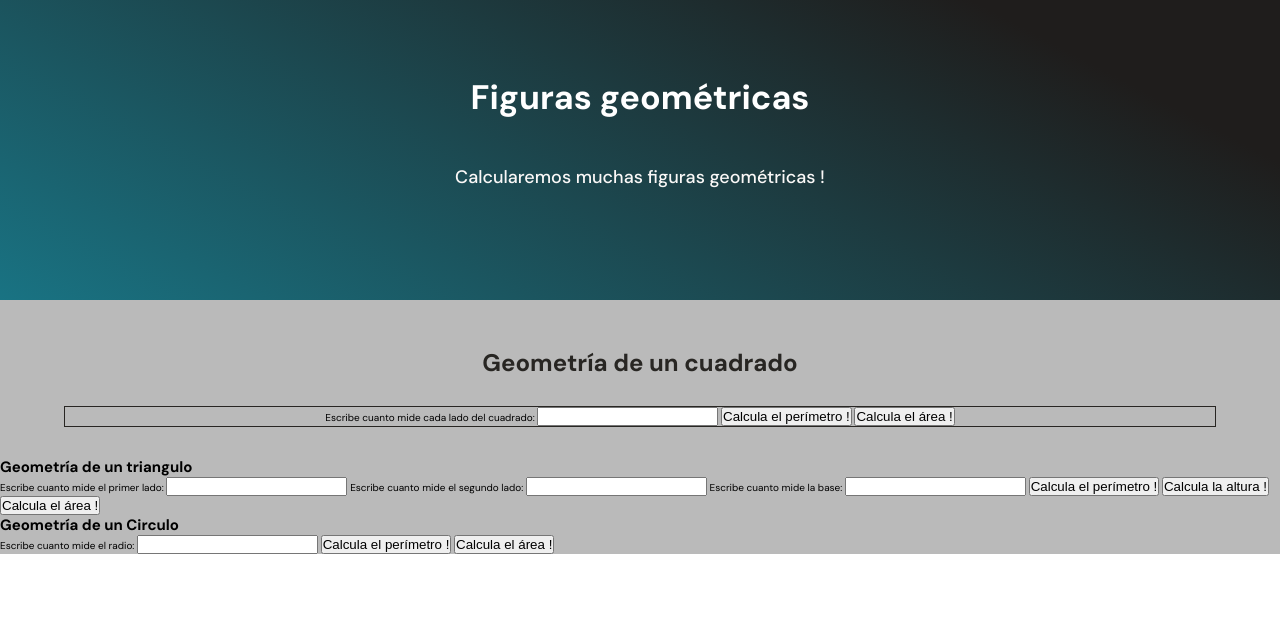
Repository: ChristianGecchelin/javascript-project
Page: javascript-project/figuras-geometricas/figuras.html
These files come from the project's save history. The page is drawn as it stood at one moment and after the next save; the edit follows.
The browser window is 1280 px wide. The pictures show the whole page.

Above is the page before, as saved 2021-12-01 22:49:54.

After the next save:
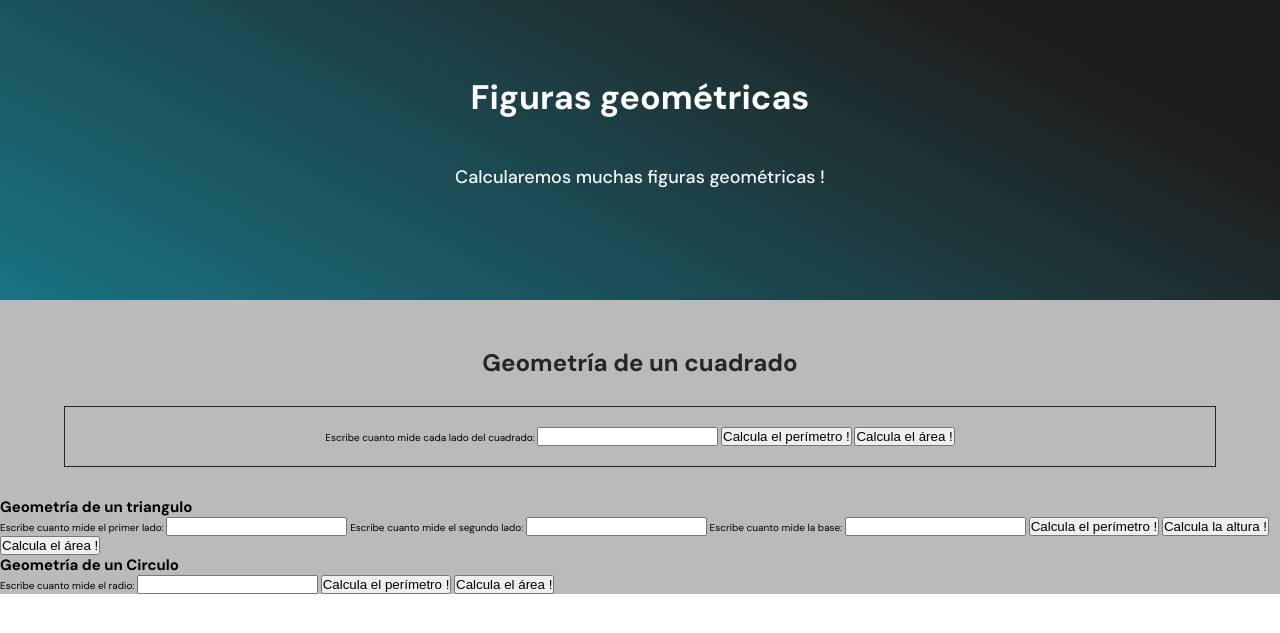
Saved 26 s later.
--- a/javascript-project/figuras-geometricas/style.css
+++ b/javascript-project/figuras-geometricas/style.css
@@ -76,5 +76,5 @@ main {
 .main-calculadora-form-contenedor {
   height: auto;
   border: 1px solid var(--black);
-  padding: 20 10 !important;
+  padding: 20px 10px;
 }
